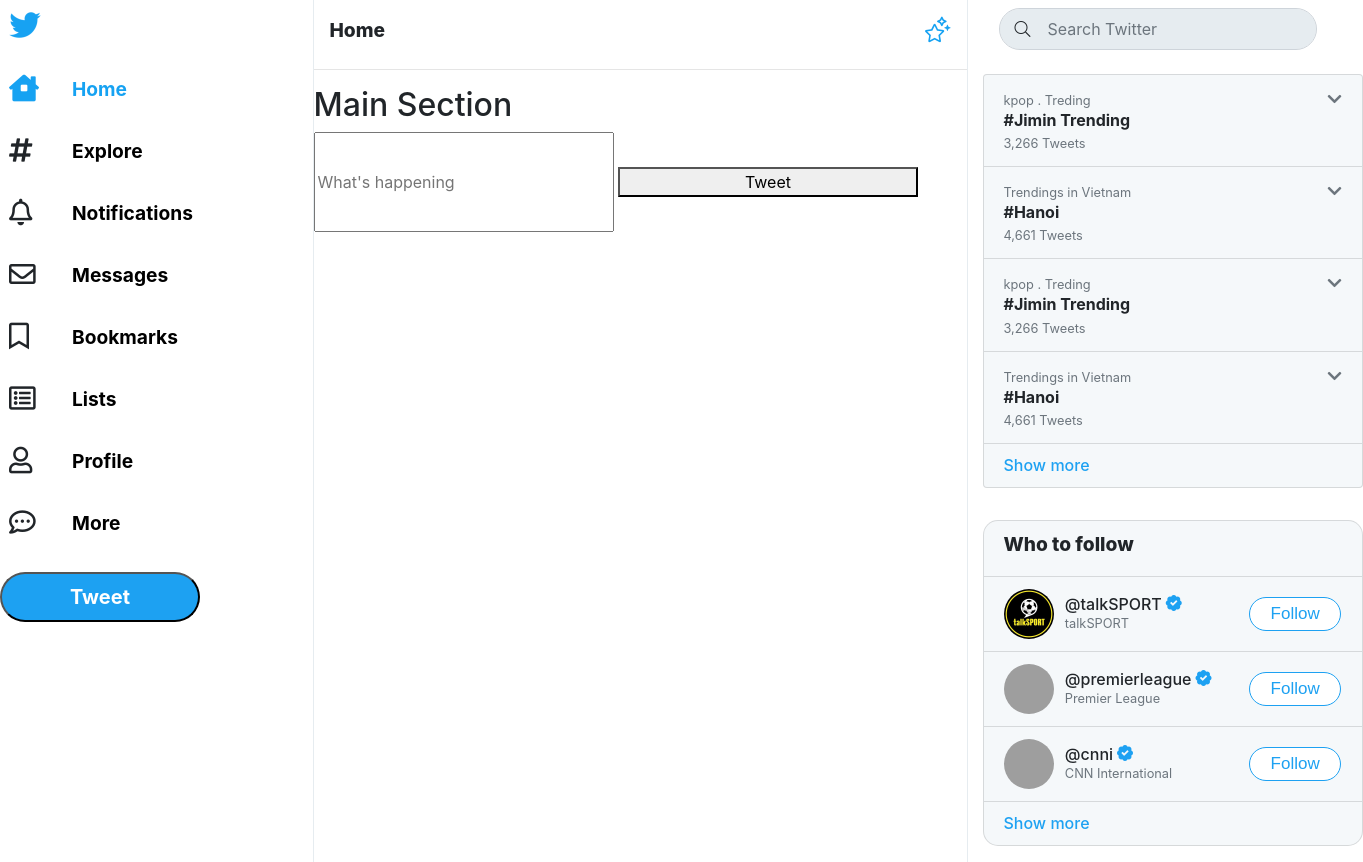
Repository: tts2610/Twitter-clone
Page: index.html
An editor plug-in stored every save of this project. The page is shown before and after the next save, followed by the edit.
The browser window is 1280 px wide. The page is 1363 px wide, then 1280 px, so the pictures cover 1363 px, including what lies to the right of the window. The pictures show the whole page.
Pictures or frames that could not be fetched are drawn as grey boxes.

Above is the page before, as saved 2020-05-23 15:18:50.

### index.html
<!DOCTYPE html>
<html lang="en">

<head>
    <meta charset="UTF-8">
    <!-- <meta name="viewport" content="width=device-width, initial-scale=1.0"> -->
    <title>Document</title>
    <link rel="stylesheet" href="css/style.css">
    <!-- Latest compiled and minified CSS -->
    <link rel="stylesheet" href="https://maxcdn.bootstrapcdn.com/bootstrap/4.5.0/css/bootstrap.min.css">

    <!-- jQuery library -->
    <script src="https://ajax.googleapis.com/ajax/libs/jquery/3.5.1/jquery.min.js"></script>

    <!-- Popper JS -->
    <script src="https://cdnjs.cloudflare.com/ajax/libs/popper.js/1.16.0/umd/popper.min.js"></script>

    <!-- Latest compiled JavaScript -->
    <script src="https://maxcdn.bootstrapcdn.com/bootstrap/4.5.0/js/bootstrap.min.js"></script>

    <!-- <link rel="stylesheet" crossorigin="anonymous" href="https://use.fontawesome.com/releases/v5.6.3/css/all.css" integrity="sha384-UHRtZLI+pbxtHCWp1t77Bi1L4ZtiqrqD80Kn4Z8NTSRyMA2Fd33n5dQ8lWUE00s/" /> -->
    <link rel="stylesheet" href="css/all.css">

</head>


<body>
    <div class="container">
        <div class="row">
            <div class="col-3">
                <div class="row">
                    <div class="col"><img src="/img/twt-logo1.png" alt="twitter-logo" width="50" height="50"></div>
                </div>
                <div class="row my-3">
                    <div id="outerMenuContainer" style="color: #16a2f2;">
                        <div class="col-2 mr-4 py-2 px-4" style="font-size: 20px;"><i class="fas fa-house fa-lg"></i></div>
                        <div class="col-10 py-2" style="margin-right: 0px;padding-right: 0px;font-weight: 700;font-size: larger;"> <a href="#Home" style="color: #16a2f2;">Home</a></div>
                    </div>

                </div>
                <div class="row my-3">
                    <div id="outerMenuContainer">
                        <div class="col-2 mr-4 py-2 px-4" style="font-size: 20px;"><i class="fas fa-hashtag fa-lg"></i></div>
                        <div class="col-10" style="margin-right: 0px;padding-right: 0px;font-weight: 700;font-size: larger;"><a href="#services">Explore</a></div>

                    </div>
                </div>
                <div class="row my-3">
                    <div id="outerMenuContainer">
                        <div class="col-2 mr-4 py-2 px-4" style="font-size: 20px;"><i class="far fa-bell fa-lg"></i></div>
                        <div class="col-10" style="margin-right: 0px;padding-right: 0px;font-weight: 700;font-size: larger;"><a href="#clients">Notifications</a></div>

                    </div>
                </div>
                <div class="row my-3">
                    <div id="outerMenuContainer">
                        <div class="col-2 mr-4 py-2 px-4" style="font-size: 20px;"><i class="far fa-envelope fa-lg"></i></div>
                        <div class="col-10" style="margin-right: 0px;padding-right: 0px;font-weight: 700;font-size: larger;"><a href="#contact">Messages</a></div>
                    </div>
                </div>
                <div class="row my-3">
                    <div id="outerMenuContainer">
                        <div class="col-2 mr-4 py-2 px-4" style="font-size: 20px;"><i class="far fa-bookmark fa-lg"></i></div>
                        <div class="col-10" style="margin-right: 0px;padding-right: 0px;font-weight: 700;font-size: larger;"><a href="#clients">Bookmarks</a></div>
                    </div>
                </div>
                <div class="row my-3">
                    <div id="outerMenuContainer">
                        <div class="col-2 mr-4 py-2 px-4" style="font-size: 20px;"><i class="far fa-list-alt fa-lg"></i></div>
                        <div class="col-10" style="margin-right: 0px;padding-right: 0px;font-weight: 700;font-size: larger;"><a href="#contact">Lists</a></div>
                    </div>
                </div>
                <div class="row my-3">
                    <div id="outerMenuContainer">
                        <div class="col-2 mr-4 py-2 px-4" style="font-size: 20px;"><i class="far fa-user fa-lg"></i></div>
                        <div class="col-10" style="margin-right: 0px;padding-right: 0px;font-weight: 700;font-size: larger;"><a href="#clients">Profile</a></div>
                    </div>
                </div>
                <div class="row my-3">
                    <div id="outerMenuContainer">
                        <div class="col-2 mr-4 py-2 px-4" style="font-size: 20px;"><i class="far fa-comment-dots fa-lg"></i></div>
                        <div class="col-10" style="margin-right: 0px;padding-right: 0px;font-weight: 700;font-size: larger;"><a href="#contact">More</a></div>
                    </div>
                </div>
                <div class="row my-3">
                    <div class="col"><button class="tweetbtn" href="#">Tweet</button></div>
                </div>
            </div>

            <div class="col-6" style="border-right: #e6ecf0 solid 1px; border-left: #e6ecf0 solid 1px; padding-left: 0px; padding-right: 0px;">
                <nav class="navbar sticky-top navbar-light my-2" id="leftNav">
                    <span>Home</span>
                    <span style="color: #16a2f2;"><i class="fal fa-stars fa-lg"></i></span>
                </nav>
                <hr/>
                <div>
                    <h2>Main Section</h2>
                    <input type="text" id="tweetArea" placeholder="What's happening">
                    <button id="tweetBtn" onclick="post()">Tweet</button>
                    <span id="remain"></span>
                    <div id="content" class="mt-5">
                    </div>



                </div>
            </div>

            <div class="col-3">
                <nav class="navbar sticky-top navbar-light" id="rightNav">
                    <span style="position: absolute;z-index: 100;"><i class="fal fa-search ml-3"></i></span>
                    <div><input class="form-control mr-sm-2 pl-5" type="search" placeholder="Search Twitter" aria-label="Search" id="search"></div>
                </nav>
                <div id="trendings" class="py-3">
                    <ul class="list-group mb-3">
                        <!-- <li class="list-group-item d-flex justify-content-between lh-condensed header" style="border-radius: 15px 15px 0px 0px;" id="trendingHeader">
                            <div>
                                <div class="trends-header">Trends for you</div>
                            </div>
                            <span class="text-muted"><i class="fal fa-cog" style="COLOR: rgba(29,161,242,1.00); font-size: larger;"></i></span>
                        </li> -->
                        <li class="list-group-item d-flex justify-content-between lh-condensed content" id="trending1">
                            <div>
                                <small class="text-muted">Trendings in Vietnam</small>
                                <h6 class="my-0 hashtag">#Hanoi</h6>
                                <small class="text-muted">4,661 Tweets</small>
                            </div>
                            <span class="text-muted"><i class="fas fa-chevron-down"></i></span>
                        </li>
                        <li class="list-group-item d-flex justify-content-between lh-condensed content" id="trending2">
                            <div>
                                <small class="text-muted">kpop . Treding</small>
                                <h6 class="my-0 hashtag">#Jimin Trending</h6>
                                <small class="text-muted">3,266 Tweets</small>
                            </div>
                            <span class="text-muted"><i class="fas fa-chevron-down"></i></span>
                        </li>
                        <li class="list-group-item d-flex justify-content-between lh-condensed content" id="trending3">
                            <div>
                                <small class="text-muted">Trendings in Vietnam</small>
                                <h6 class="my-0 hashtag">#Hanoi</h6>
                                <small class="text-muted">4,661 Tweets</small>
                            </div>
                            <span class="text-muted"><i class="fas fa-chevron-down"></i></span>
                        </li>
                        <li class="list-group-item d-flex justify-content-between lh-condensed content" id="trending4">
                            <div>
                                <small class="text-muted">kpop . Treding</small>
                                <h6 class="my-0 hashtag">#Jimin Trending</h6>
                                <small class="text-muted">3,266 Tweets</small>
                            </div>
                            <span class="text-muted"><i class="fas fa-chevron-down"></i></span>
                        </li>
                        <li class="list-group-item d-flex justify-content-between lh-condensed content" style="border-radius: 0px 0px 15px 15px">
                            <div>
                                <h6 class="my-0"><a href="#" style="COLOR: rgba(29,161,242,1.00); text-decoration: none;">Show more</a></h6>
                            </div>
                        </li>
                    </ul>
                </div>

                <div id="whoToFollow" class="">
                    <ul class="list-group mb-3">
                        <li class="list-group-item d-flex justify-content-between lh-condensed" style="border-radius: 15px 15px 0px 0px;">
                            <div>
                                <h5 class="whoToFollow-header">Who to follow</h5>
                            </div>
                        </li>
                        <li class="list-group-item content">
                            <div class="row">
                                <div class="col-2">
                                    <img src="img/profileImages/talkSport.jpg" id="moreToFollowImg" alt="Avatar">
                                </div>
                                <div class="col-6">
                                    <div style="display: flex;">
                                        <h6 class="my-0 hashtag">@talkSPORT</h6>
                                        <i class="ml-1 fas fa-badge-check"></i>
                                    </div>

                                    <small class="text-muted">talkSPORT</small>

                                </div>
                                <div class="col-4">
                                    <a href="#" class="followBtn">Follow</a>
                                </div>
                            </div>
                        </li>
                        <li class="list-group-item content">
                            <div class="row">
                                <div class="col-2">
                                    <img src="https://d3pc1xvrcw35tl.cloudfront.net/ln/feedImages/643x481/bwpUoL-J_400x400_ckOpi7f_4RVQqqi_ZPjpFJN_cnPYP1e_202004.jpg" id="moreToFollowImg" alt="Avatar">
                                </div>
                                <div class="col-6">
                                    <div style="display: flex;">
                                        <h6 class="my-0 hashtag">@premierleague</h6>
                                        <i class="ml-1 fas fa-badge-check"></i>
                                    </div>

                                    <small class="text-muted">Premier League</small>

                                </div>
                                <div class="col-4">
                                    <a href="#" class="followBtn">Follow</a>
                                </div>
                            </div>
                        </li>
                        <li class="list-group-item content">
                            <div class="row">
                                <div class="col-2">
                                    <img src="https://upload.wikimedia.org/wikipedia/commons/thumb/6/66/CNN_International_logo.svg/1200px-CNN_International_logo.svg.png" id="moreToFollowImg" alt="Avatar">
                                </div>
                                <div class="col-6">
                                    <div style="display: flex;">
                                        <h6 class="my-0 hashtag">@cnni</h6>
                                        <i class="ml-1 fas fa-badge-check"></i>
                                    </div>

                                    <small class="text-muted">CNN International</small>

                                </div>
                                <div class="col-4">
                                    <a href="#" class="followBtn">Follow</a>
                                </div>
                            </div>
                        </li>
                        <li class="list-group-item d-flex justify-content-between lh-condensed content" style="border-radius: 0px 0px 15px 15px">
                            <div>
                                <h6 class="my-0"><a href="#" style="COLOR: rgba(29,161,242,1.00); text-decoration: none;">Show more</a></h6>
                            </div>
                        </li>
                    </ul>
                </div>
            </div>
        </div>

        <!-- <nav class="navbar sticky-top navbar-expand-lg navbar-light bg-light">
                <a class="navbar-brand" href="#">Navbar</a>
                <button class="navbar-toggler" type="button" data-toggle="collapse" data-target="#navbarSupportedContent" aria-controls="navbarSupportedContent" aria-expanded="false" aria-label="Toggle navigation">
                  <span class="navbar-toggler-icon"></span>
                </button>

                <div class="collapse navbar-collapse" id="navbarSupportedContent">
                    <ul class="navbar-nav mr-auto">
                    </ul>
                    <form class="form-inline my-2 my-lg-0">
                        <input class="form-control mr-sm-2" type="search" placeholder="Search" aria-label="Search">
                        <button class="btn btn-outline-success my-2 my-sm-0" type="submit">Search</button>
                    </form>
                </div>
            </nav> -->
        <!-- <div class="column2">

        </div>

        <div class="column3">

        </div> -->


        <!-- END COL-3 -->
    </div>

    <script src="js/script.js"></script>
    <script src="js/moment.js"></script>
</body>

</html>

### css/style.css
* {
    box-sizing: border-box;
}

body {
    font-family: “Helvetica Neue”, Helvetica, Arial, sans-serif;
}

body .container {
    max-width: 100%;
    padding-left: 0px;
    padding-right: 0px;
}


/* .container {
    width: 60%;
} */

#leftNav {
    display: flex;
    justify-content: space-between;
    font-size: larger;
    font-weight: 800;
    background-color: white;
}

#rightNav {
    width: 100%;
    background-color: white;
}

#rightNav .input-group-prepend {
    background-color: white !important;
    color: white !important;
}

#search {
    border-radius: 30px;
    height: 10px;
    padding: 20px;
    position: relative;
    width: 318px;
    background-color: #e6ecf0;
}

.sidenav {
    height: 100%;
    position: fixed;
    z-index: 1;
    top: 0;
    left: 0;
    background-color: rgb(255, 255, 255);
    overflow-x: hidden;
    padding-top: 20px;
    border-right: 1px solid lightgrey;
}

.sidenav a {
    text-decoration: none;
    font-size: 25px;
    color: #000000;
    display: block;
    font-family: system-ui, -apple-system, BlinkMacSystemFont, "Segoe UI", Roboto, Ubuntu, "Helvetica Neue", sans-serif;
    ;
    margin: 5px;
    margin-bottom: 10px;
}

.sidenav a:hover {
    color: #16afdd;
}

.main {
    margin-left: 160px;
    /* Same as the width of the sidenav /
    font-size: 28px; / Increased text to enable scrolling */
    padding: 0px 10px;
}

@media screen and (max-height: 450px) {
    .sidenav {
        padding-top: 15px;
    }
    .sidenav a {
        font-size: 18px;
    }
}

.tweetbtn {
    height: 50px;
    width: 200px;
    border-radius: 40px;
    background-color: rgb(29, 161, 242);
    color: white;
    font-weight: bolder;
    font-size: 20px;
    cursor: pointer;
    margin-left: 0px;
    margin-top: 10px;
}

.tweetbtn:hover {
    background-color: rgba(26, 145, 218);
}

.home {
    display: flex;
}

.explore {
    display: flex;
}

.notifications {
    display: flex;
}

.messages {
    display: flex;
}

.bookmarks {
    display: flex;
}

.lists {
    display: flex;
}

.profile {
    display: flex;
}

.more {
    display: flex;
}


/* Clear floats after the columns */

.row:after {
    content: "";
    display: table;
    clear: both;
}

tr {
    text-align: center;
}

#tweetArea {
    width: 300px;
    height: 100px
}

#tweetBtn {
    margin-top: 10px;
    width: 300px;
}

#trendings {
    min-width: 380px;
}

#trendings .list-group-item {
    background-color: #f5f8fa;
}

#trendings .content {
    cursor: pointer;
}

#trendings .trends-header {
    font-weight: 800;
    font-size: larger;
}

#trendings .content:hover {
    filter: brightness(97%)
}

#trendings ul li .hashtag {
    font-weight: 700;
}

#moreToFollowImg {
    border-radius: 50%;
    width: 50px;
    height: 50px;
}

.fa-badge-check {
    color: rgba(29, 161, 242, 1.00);
}

.followBtn {
    -webkit-border-radius: 20px;
    -moz-border-radius: 20px;
    border-radius: 25px;
    color: #1DA1F2;
    font-family: Arial;
    font-size: 17px;
    font-weight: 200;
    padding: 3px;
    background-color: #FFFFFF;
    border: solid #1DA1F2 1px;
    text-decoration: none;
    /* display: inline-block; */
    cursor: pointer;
    text-align: center;
}

.followBtn:hover {
    color: #1DA1F2;
    background: #CFE7F6;
    border-radius: 25px;
    text-decoration: none;
    opacity: 0.7;
}

#whoToFollow {
    min-width: 380px;
}

#whoToFollow .list-group-item {
    background-color: #f5f8fa;
}

#whoToFollow .content {
    cursor: pointer;
}

#whoToFollow .content:hover {
    filter: brightness(97%)
}

#whoToFollow .row .col-6 {
    display: flex;
    flex-direction: column;
    justify-content: center;
}

#whoToFollow .row .col-6 .hashtag {
    text-overflow: ellipsis;
    white-space: nowrap;
    overflow: hidden;
}

#whoToFollow .row .col-4 {
    display: flex;
    flex-direction: column;
    justify-content: center;
}

#whoToFollow .whoToFollow-header {
    font-weight: 800;
    font-size: larger;
}

h6 {
    font-weight: 700;
}

#content .functionBar {
    display: flex;
    justify-content: space-between;
}

#content .row {
    padding: 30px;
    border: 1px solid lightgrey;
}

#content .row div {
    margin-top: 4px;
}

#outerMenuContainer {
    display: flex;
    flex-direction: row;
    align-items: center;
    width: max-content;
}

#outerMenuContainer:hover {
    color: #1DA1F2 !important;
    background: #CFE7F6;
    border-radius: 25px;
    text-decoration: none;
    opacity: 0.7;
    /* padding: 5px 0px 5px 3px;
    width: max-content; */
}

#outerMenuContainer:hover a {
    color: #1DA1F2 !important;
}

#outerMenuContainer a {
    text-decoration: none;
    color: black;
}

Loaded but not shown: css/all.css (library); js/moment.js (library); js/script.js (178 lines, source omitted)

After the next save:
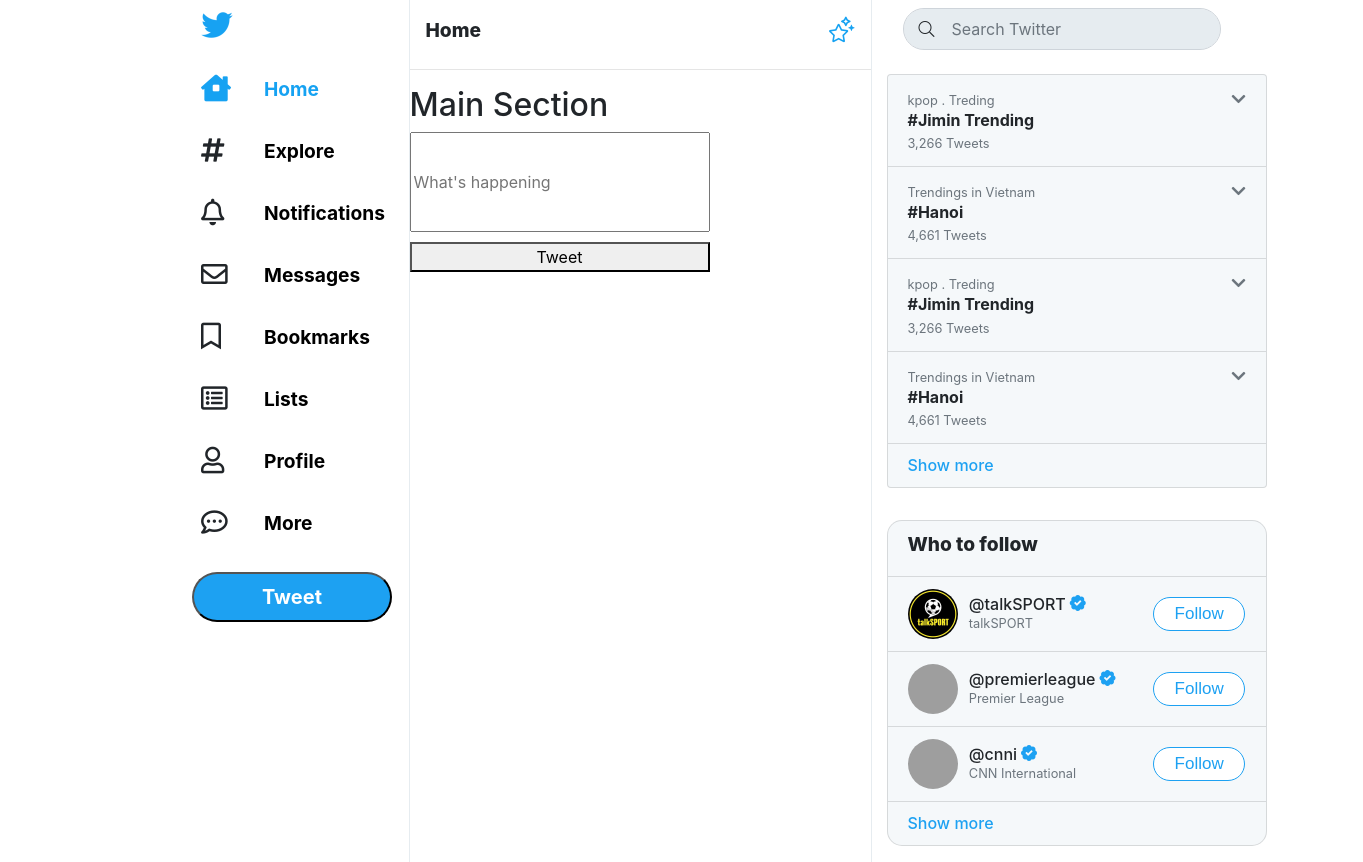
Saved 21 s later.
--- a/css/style.css
+++ b/css/style.css
@@ -7,7 +7,7 @@
 }
 
 body .container {
-    max-width: 100%;
+    max-width: 70%;
     padding-left: 0px;
     padding-right: 0px;
 }
